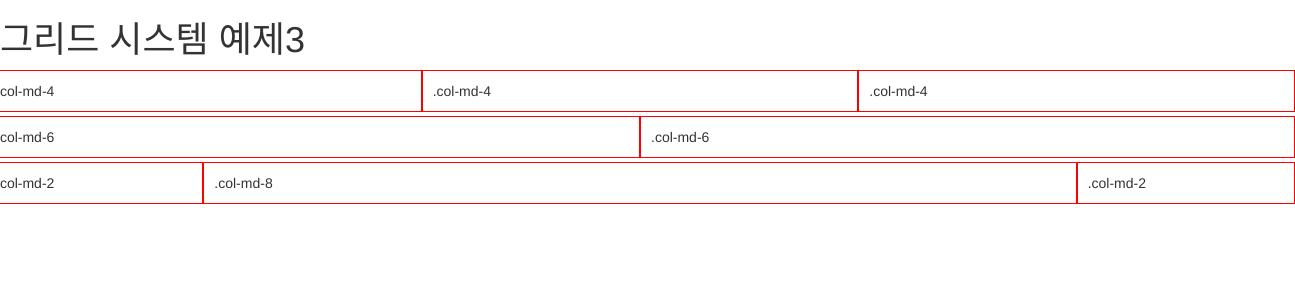
Repository: RYE415/4.jsp
Page: BootstrapTest/src/main/webapp/1.grid/grid3.html
The author's editor kept a copy of each file at every save. The page is drawn from the files as they stood at one save, then again after the next save.
The browser window is 1280 px wide. The page is 1295 px wide, so the pictures cover 1295 px, including what lies to the right of the window. The pictures show the whole page.
Some web libraries are served in a nearby version.

Above is the page before, as saved 2022-08-08 01:35:34.

After the next save:
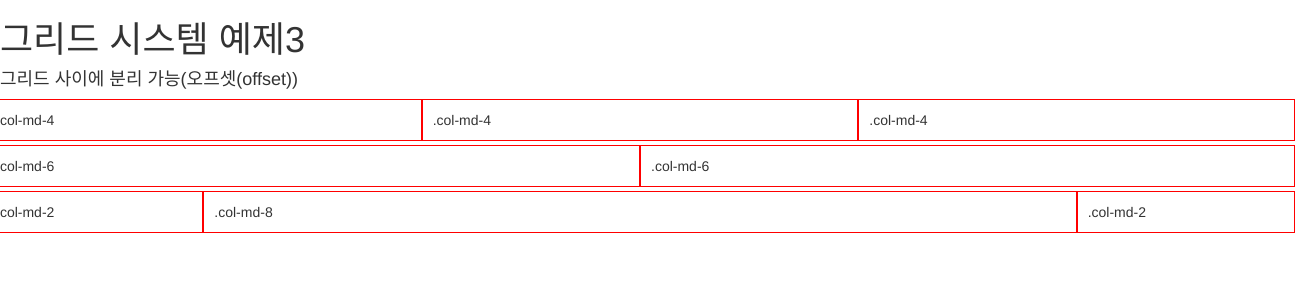
Saved 3 min 45 s later.
--- a/BootstrapTest/src/main/webapp/1.grid/grid3.html
+++ b/BootstrapTest/src/main/webapp/1.grid/grid3.html
@@ -42,7 +42,8 @@
   </head>
   <body>
     <h1>그리드 시스템 예제3</h1>
-    <div id="container"><!-- 전체 레이아웃 감싸주기 -->
+    <div id="container">
+    <h4>그리드 사이에 분리 가능(오프셋(offset))</h4>
 		<!-- 4:4:4 -->
 		<div class="row">
 			<div class="col-md-4">.col-md-4</div>
